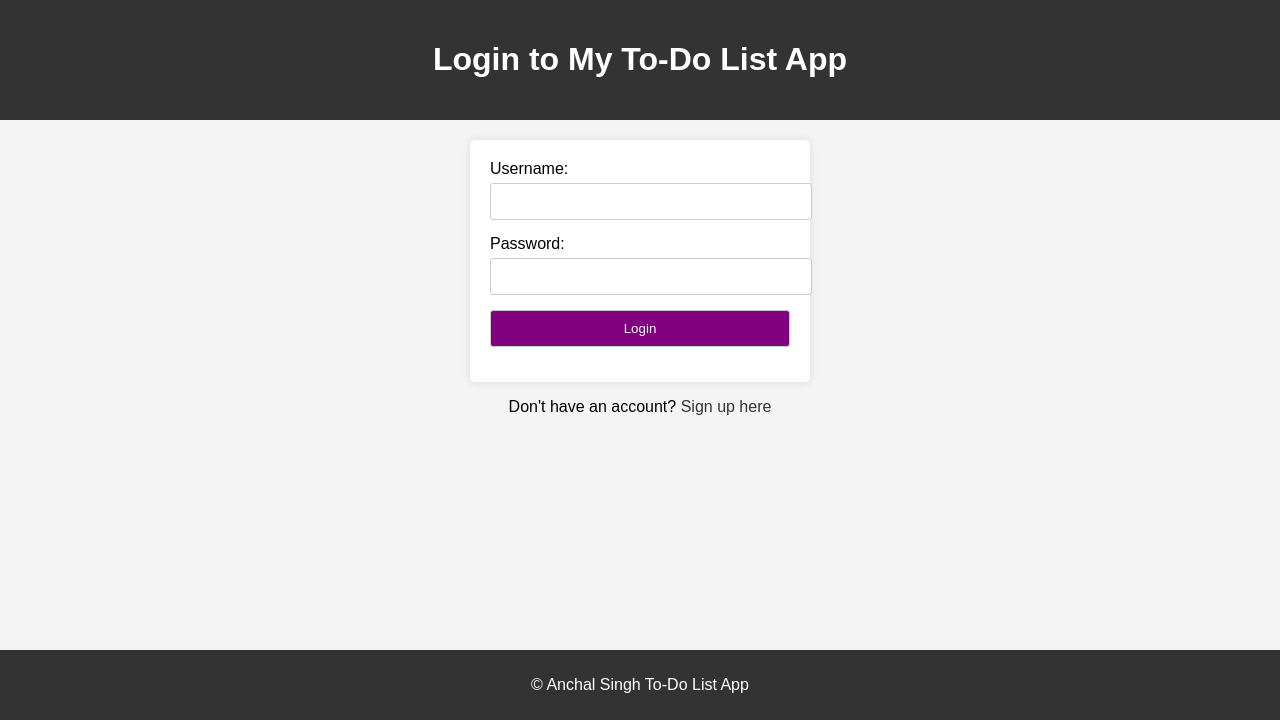
Repository: anchalsinghrajput/spring-MVC
Page: http://localhost/todoList/views/loginPage.jsp
The author's editor kept a copy of each file at every save. The page is drawn from the files as they stood at one save, then again after the next save.
The browser window is 1280 px wide. The pictures show the whole page.
The page is served by Tomcat 10.

Above is the page before, as saved 2023-11-16 07:11:52.

After the next save:
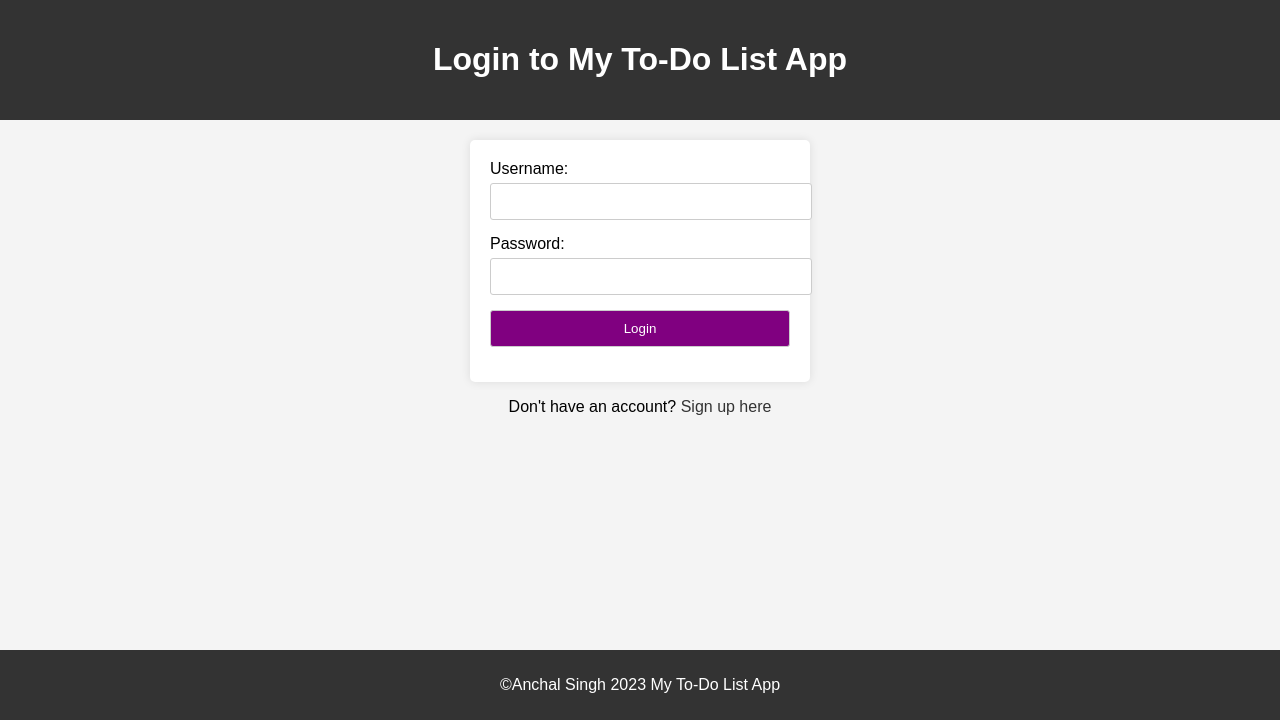
Saved 63 s later.
--- a/todoList/src/main/webapp/views/loginPage.jsp
+++ b/todoList/src/main/webapp/views/loginPage.jsp
@@ -83,7 +83,8 @@
     </main>
 
     <footer>
-        <p>&copy; Anchal Singh To-Do List App</p>
+            <p>&copy;Anchal Singh 2023 My To-Do List App</p>
+
     </footer>
 </body>
 </html>
